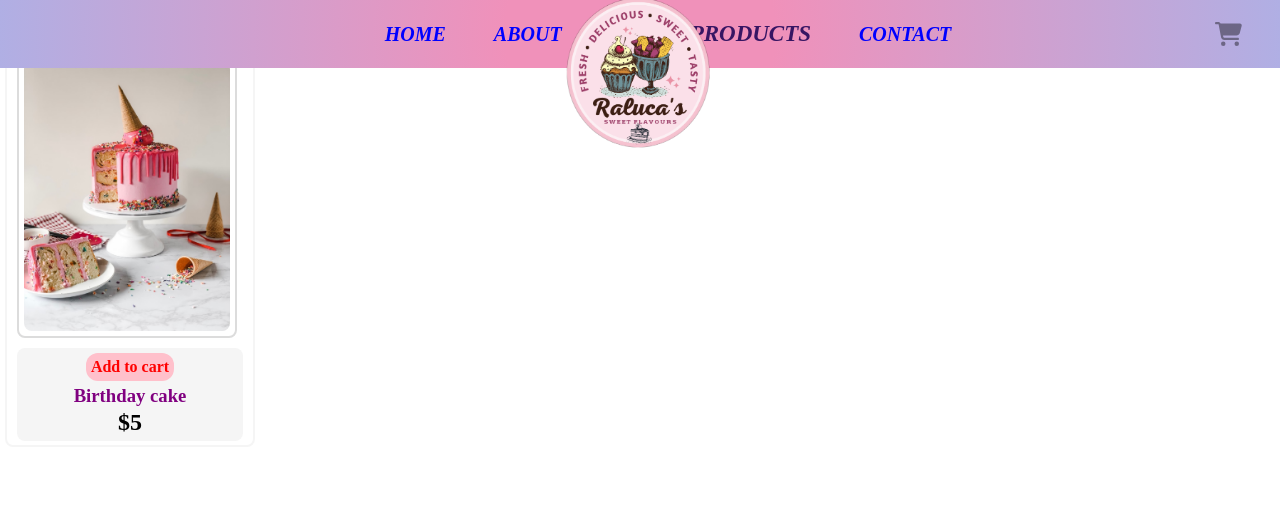
Repository: RalucaZota/cakeshop
Page: /products
These files come from the project's save history. The page is drawn as it stood at one moment and after the next save; the edit follows.
The browser window is 1280 px wide. The pictures show the whole page.
The project was rebuilt for these pictures with package versions that can differ from the ones it lists, and the page was loaded fresh each time. Also part of the build but not shown: vite.config.js, src/components/FavoriteProduct.vue, src/views/Home.vue, src/views/About.vue, src/views/Contact.vue.

Above is the page before, as saved 2023-06-10 17:37:53.

After the next save:
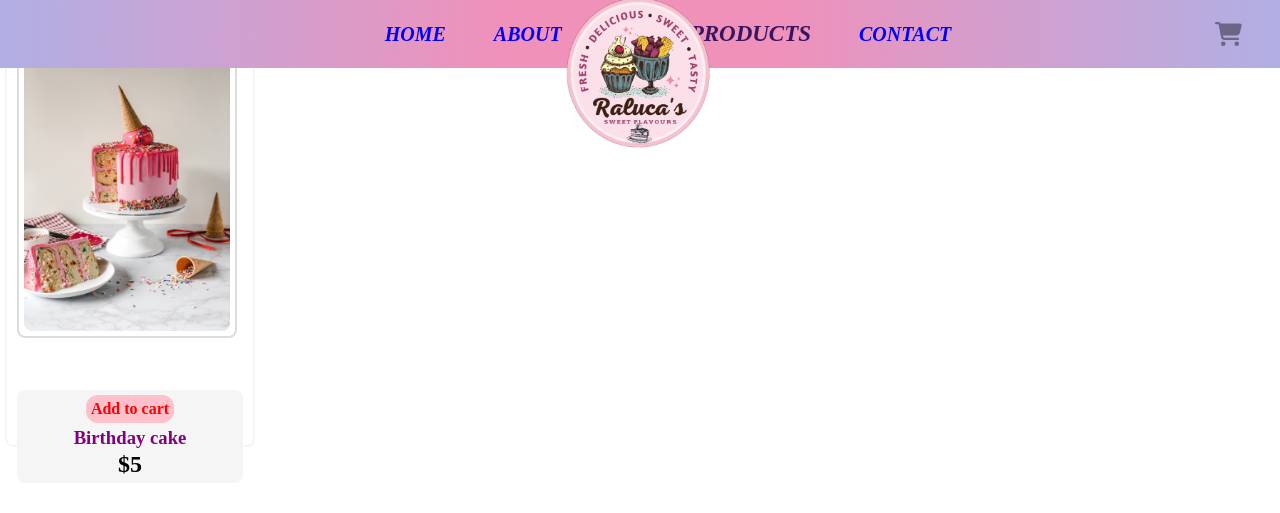
Saved 76 s later.
--- a/src/styles/ProductItem.scss
+++ b/src/styles/ProductItem.scss
@@ -23,7 +23,7 @@
             }
         }
     .details-section{
-        scroll-margin-top: 68px;
+        margin-top: calc(5vh + 16px);
         display: flex;
         flex-direction: column;
         align-items: center;

After the save that followed:
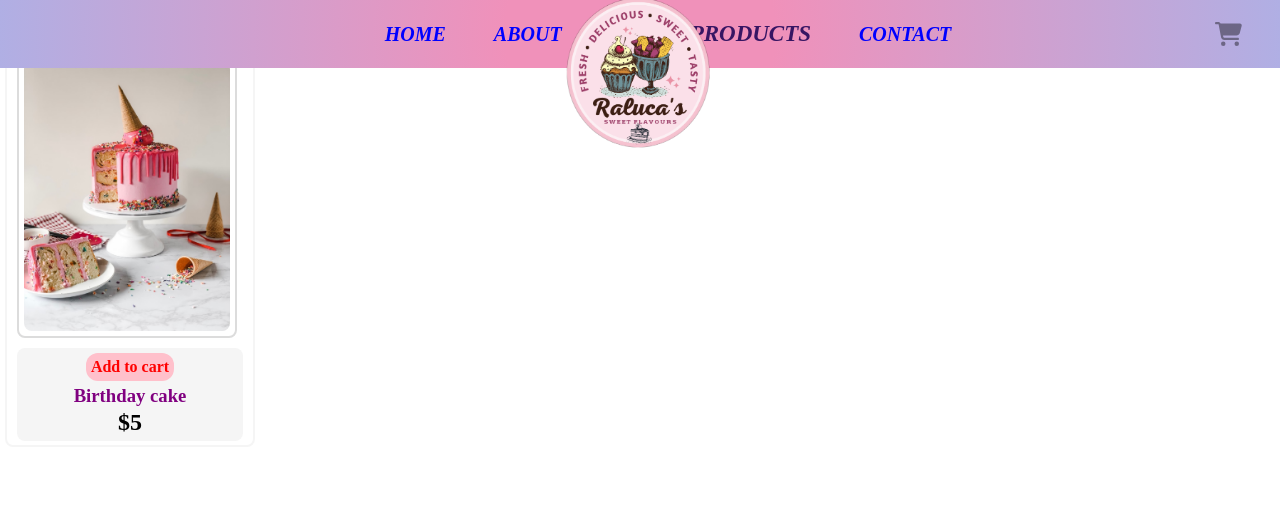
Saved 32 s later.
--- a/src/styles/ProductItem.scss
+++ b/src/styles/ProductItem.scss
@@ -1,4 +1,5 @@
 .product-item{
+    scroll-margin-top: 68px;
     background-color: aqua;
     background-color: transparent;
     border-radius: 8px;
@@ -23,7 +24,7 @@
             }
         }
     .details-section{
-        margin-top: calc(5vh + 16px);
+
         display: flex;
         flex-direction: column;
         align-items: center;
